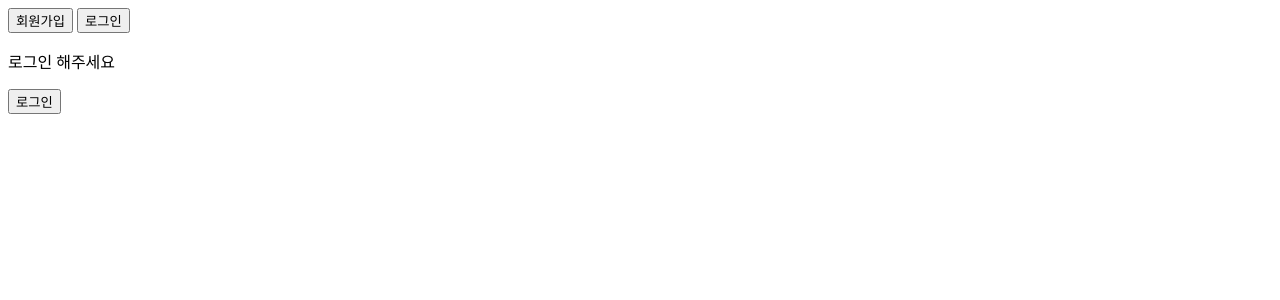
Repository: KimHyunWoo92/SW_study
Page: http://localhost/FrontController/Main.jsp
These files come from the project's save history. The page is drawn as it stood at one moment and after the next save; the edit follows.
The browser window is 1280 px wide. The pictures show the whole page.
The page is served by Tomcat 9. Other server files are loaded and not shown.

Above is the page before, as saved 2024-06-20 06:38:54.

### Web(Server)/FrontController/src/main/webapp/Main.jsp
<%@page import="com.smhrd.model.VO"%>
<%@ page language="java" contentType="text/html; charset=UTF-8"
	pageEncoding="UTF-8"%>
<!DOCTYPE html>
<html>
<head>
<meta charset="UTF-8">
<title>Insert title here</title>
</head>
<body>
	<%
	//request에서 result 꺼내기
	VO result = (VO)request.getAttribute("result");
	%>

	<a href="Join.jsp"><button>회원가입</button></a>

	<%

		String nick = (String)session.getAttribute("nick");
		if(nick == null){
			out.print("<a href='Login.jsp'><button>로그인</button></a>");
			out.print("<p>로그인 해주세요</p>");
		}else {
			out.print("<p>"+nick+"님 환영합니다.</p>");
			out.print("<a href='LogoutCon'><button>로그아웃</botton></a>");
		}

	%>

	<a href="Login.jsp"><button>로그인</button></a>
	<%
	if(result != null){
		if(result.equals("success")){
			out.print("<h1>회원가입 성공</h1>");
		}
		else{
			out.print("<h1>회원가입 실패</h1>");
		}
	}
	%>
</body>
</html>

After the next save:
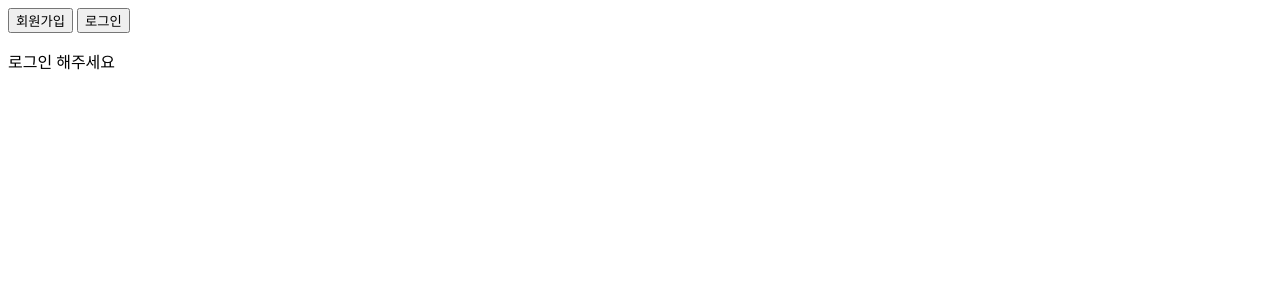
Saved 6 min 9 s later.
--- a/Web(Server)/FrontController/src/main/webapp/Main.jsp
+++ b/Web(Server)/FrontController/src/main/webapp/Main.jsp
@@ -28,7 +28,7 @@
 
 	%>
 
-	<a href="Login.jsp"><button>로그인</button></a>
+	<!-- <a href="Login.jsp"><button>로그인</button></a> -->
 	<%
 	if(result != null){
 		if(result.equals("success")){
